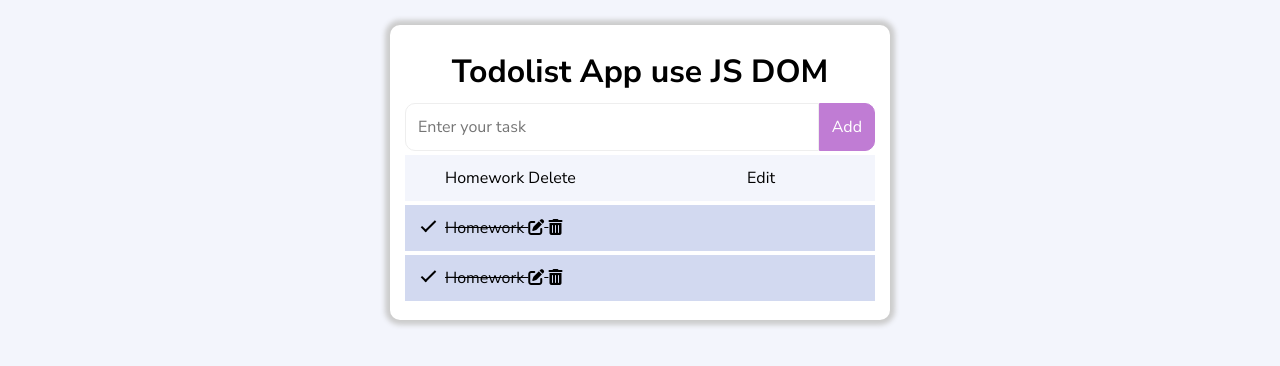
Repository: anhquan74-dev/todolist_app
Page: index.html
An editor plug-in stored every save of this project. The page is shown before and after the next save, followed by the edit.
The browser window is 1280 px wide. The pictures show the whole page.
Some web libraries are served in a nearby version.

Above is the page before, as saved 2022-07-21 16:26:01.

After the next save:
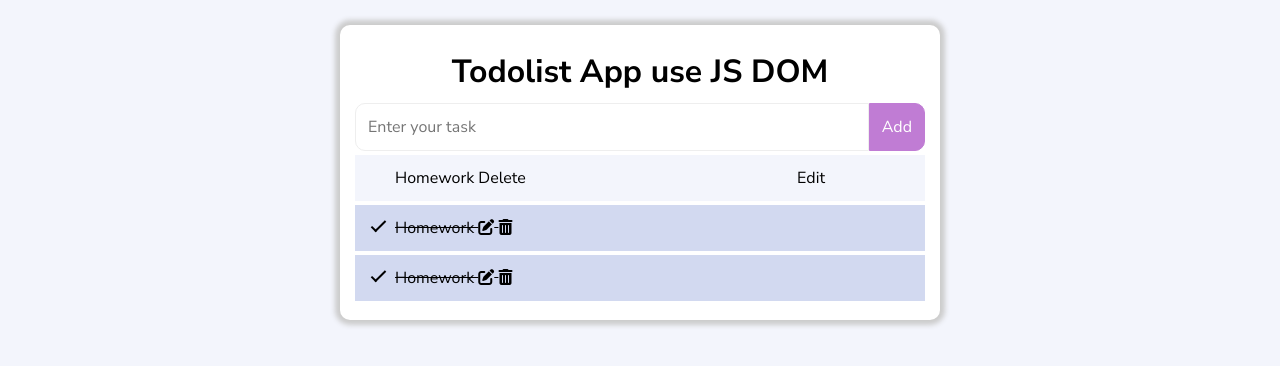
Saved 12 s later.
--- a/style.css
+++ b/style.css
@@ -17,7 +17,7 @@ input {
 
 .todo-app {
     background-color: white;
-    max-width: 500px;
+    max-width: 600px;
     margin: 25px auto;
     border-radius: 10px;
     padding: 15px;
